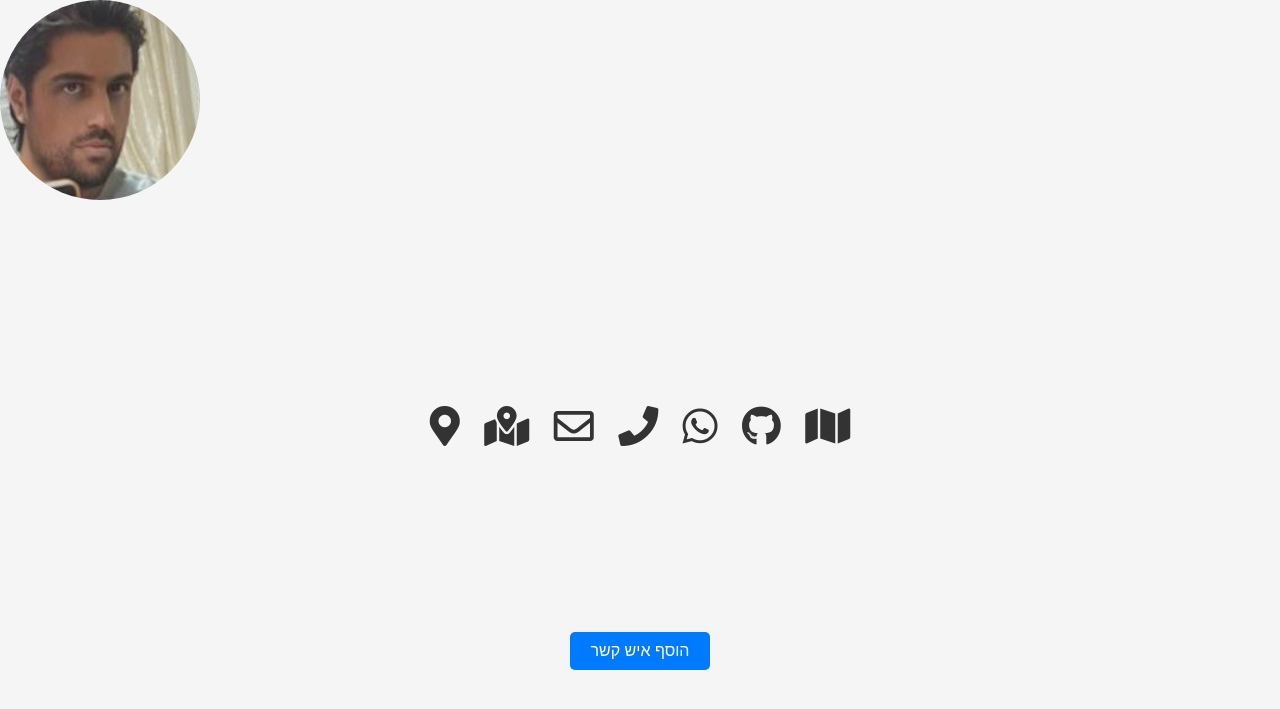
Repository: RL20/Business-Card
Page: index.html
These files come from the project's save history. The page is drawn as it stood at one moment and after the next save; the edit follows.
The browser window is 1280 px wide. The pictures show the whole page.

Above is the page before, as saved 2024-05-15 03:26:11.

### index.html
<!DOCTYPE html>
<html lang="en">
  <head>
    <meta charset="UTF-8" />
    <meta name="viewport" content="width=device-width, initial-scale=1.0" />
    <title>Contact Information</title>
    <link rel="stylesheet" href="https://cdnjs.cloudflare.com/ajax/libs/font-awesome/5.15.4/css/all.min.css" />
    <style>
      body {
        font-family: Arial, sans-serif;
        margin: 0;
        padding: 0;
        background-color: #f5f5f5;
        display: flex;
        flex-direction: column;
        justify-content: space-between;
        min-height: 100vh;
      }
      .icons {
        text-align: center;
        margin-top: 20px;
      }
      .icons i {
        font-size: 2.5rem;
        margin: 0 10px;
        color: #333;
        transition: color 0.3s;
      }
      .icons i:hover {
        color: gold;
      }
      .button-container {
        text-align: center;
        margin-bottom: 50px;
      }
      .button {
        background-color: #007bff;
        color: #fff;
        border: none;
        padding: 10px 20px;
        border-radius: 5px;
        cursor: pointer;
        font-size: 1rem;
        transition: background-color 0.3s;
      }
      .button:hover {
        background-color: #0056b3;
      }
      .profile-img {
        width: 200px;
        height: 200px;
        overflow: hidden;
        border-radius: 50%;
        display: flex;
        justify-content: center;
        align-items: center;
      }

      .profile-img img {
        width: 100%;
        height: 100%;
        object-fit: cover;
      }
    </style>
  </head>
  <body>
    <div class="profile-img">
      <img src="./RLS.png" alt="Profile Image" />
    </div>

    <div class="icons">
      <a href="https://www.waze.com/ul?q=חטיבת הנחל 16 חדרה" target="_blank"><i class="fas fa-map-marker-alt"></i></a>
      <a href="https://www.google.com/maps?q=חטיבת הנחל 16 חדרה" target="_blank"
        ><i class="fas fa-map-marked-alt"></i
      ></a>
      <a href="mailto:harel_shalom@yahoo.com"><i class="far fa-envelope"></i></a>
      <a href="tel:0526966833"><i class="fas fa-phone"></i></a>
      <a href="https://wa.me/972526966833" target="_blank"><i class="fab fa-whatsapp"></i></a>
      <a href="https://github.com/RL20" target="_blank"><i class="fab fa-github"></i></a>
      <a href="#" onclick="openNavigationApp(); return false;"><i class="fas fa-map"></i></a>
    </div>
    <div class="button-container">
      <button class="button" onclick="downloadVCard()">הוסף איש קשר</button>
    </div>

    <script>
      function openNavigationApp() {
        var app = prompt("באיזו אפליקציה תרצה לפתוח את הניווט?\n1. וויז\n2. גוגל מפות");
        var address = encodeURI("חטיבת הנחל 16 חדרה");
        if (app === "1") {
          window.location.href = "https://www.waze.com/ul?q=" + address;
        } else if (app === "2") {
          window.location.href = "https://www.google.com/maps?q=" + address;
        } else {
          alert("אנא בחר אפליקציה חוקית.");
        }
      }

      function downloadVCard() {
        var contactName = "_RLS_הראל שלום";
        var phoneNumber = "0526966833";
        var email = "harel_shalom@yahoo.com";
        var address = 'חטיבת הנח"ל 16, חדרה';
        var website = "https://rl20.github.io/Bussines-Card/";
        var title = "RLS פיתוח תוכנה";
        var photoURL = "https://raw.githubusercontent.com/RL20/Bussines-Card/main/RLS.png";

        var vCardData =
          "BEGIN:VCARD\n" +
          "VERSION:3.0\n" +
          "FN:" +
          contactName +
          "\n" +
          "TEL;TYPE=CELL:" +
          phoneNumber +
          "\n" +
          "EMAIL:" +
          email +
          "\n" +
          "ADR;TYPE=HOME:" +
          address +
          "\n" +
          "URL:" +
          website +
          "\n" +
          "TITLE:" +
          title +
          "\n" +
          "PHOTO;VALUE=URL:" +
          photoURL +
          "\n" +
          "END:VCARD";

        var blob = new Blob([vCardData], { type: "text/vcard" });
        var url = window.URL.createObjectURL(blob);
        var a = document.createElement("a");
        a.href = url;
        a.download = "contact.vcf";
        document.body.appendChild(a);
        a.click();
        document.body.removeChild(a);
      }
    </script>
  </body>
</html>

After the next save:
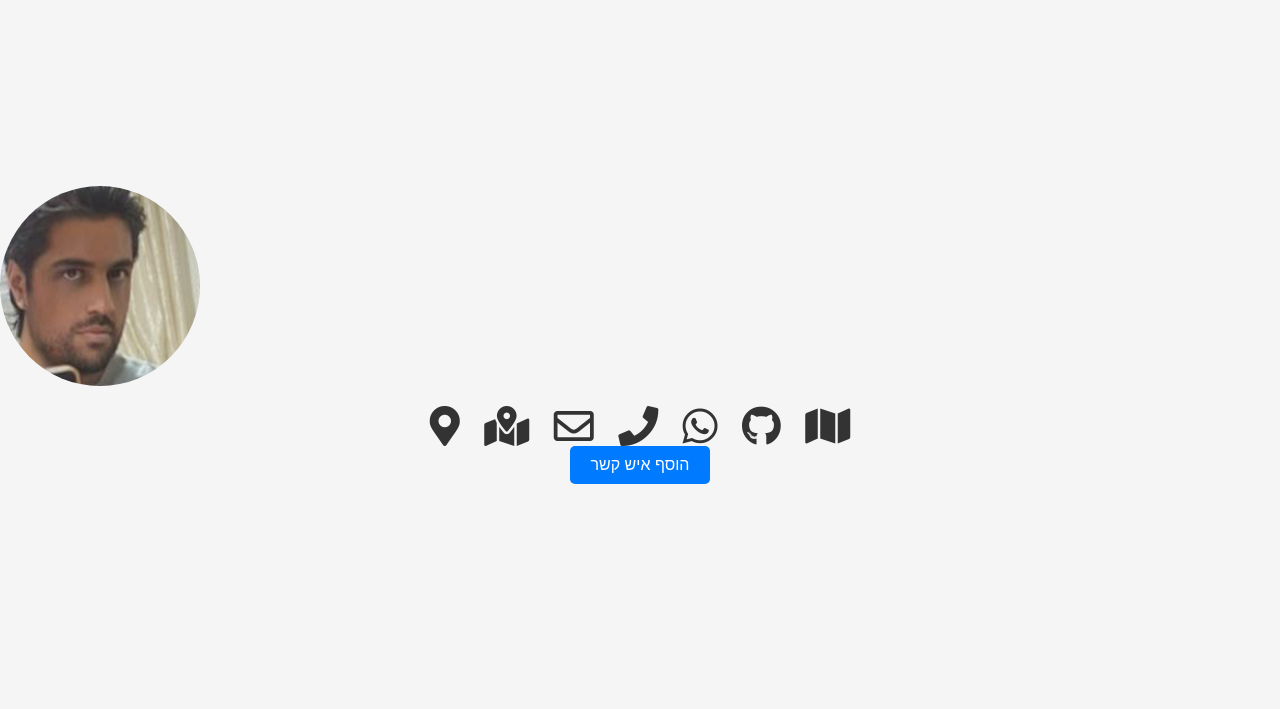
Saved 4 min 55 s later.
--- a/index.html
+++ b/index.html
@@ -13,7 +13,8 @@
         background-color: #f5f5f5;
         display: flex;
         flex-direction: column;
-        justify-content: space-between;
+        /* justify-content: space-between; */
+        justify-content: center;
         min-height: 100vh;
       }
       .icons {
